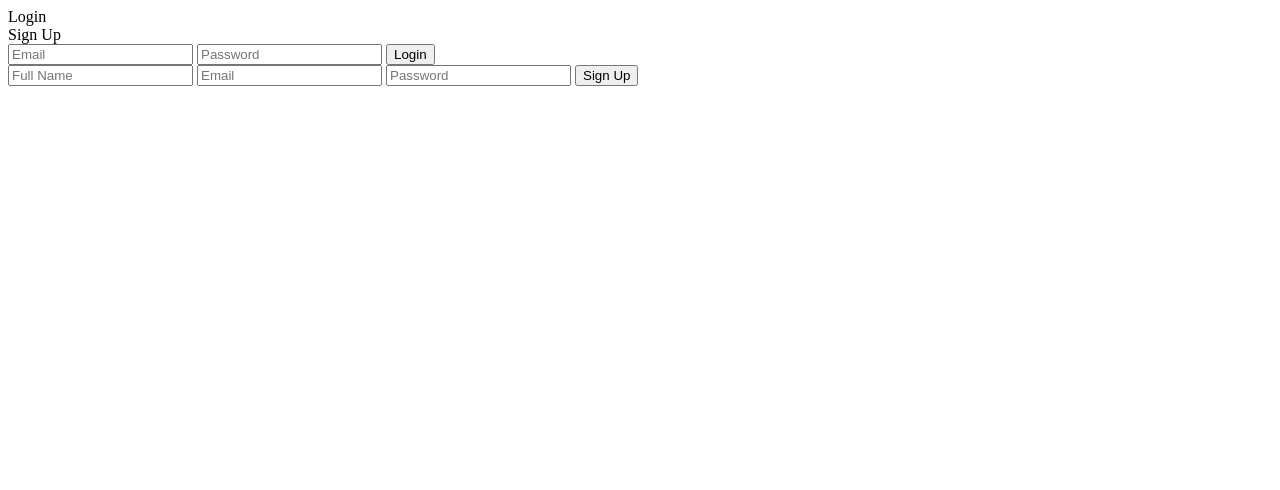
Repository: jahnavi320/Eatinery_ADT
Page: http://localhost/
The author's editor kept a copy of each file at every save. The page is drawn from the files as they stood at one save, then again after the next save.
The browser window is 1280 px wide. The pictures show the whole page.
The page is served by the project's application, run on Flask 3 (app.py).

Above is the page before, as saved 2023-12-04 09:57:38.

After the next save:
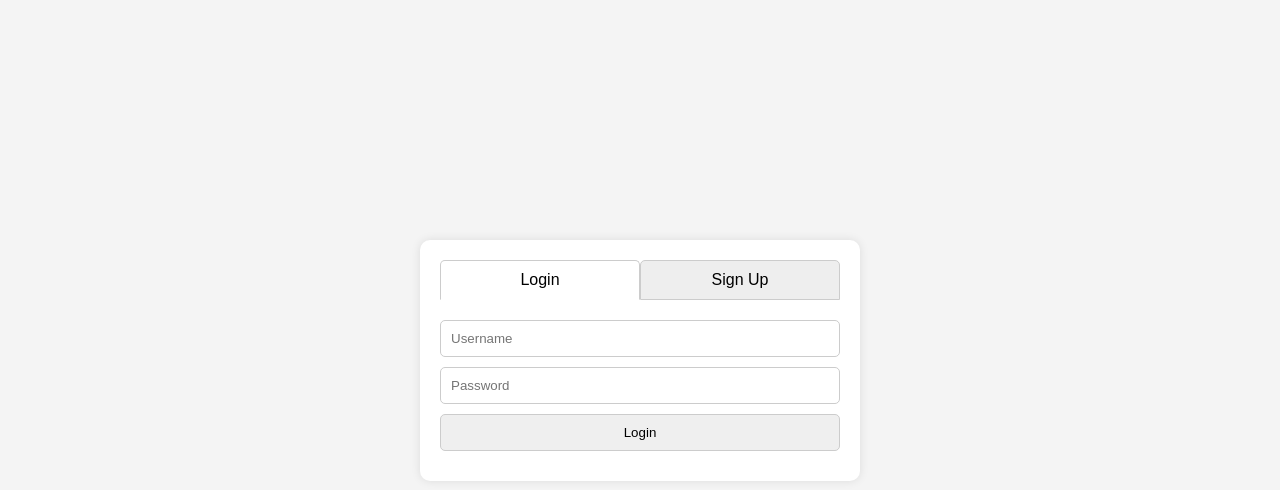
Saved 5 min 10 s later.
--- a/templates/login.html
+++ b/templates/login.html
@@ -1,12 +1,76 @@
-<!-- login.html -->
-
 <!DOCTYPE html>
 <html lang="en">
 <head>
     <meta charset="UTF-8">
     <meta name="viewport" content="width=device-width, initial-scale=1.0">
     <title>Login and Signup</title>
-    <!-- Add your CSS styles here -->
+    <style>
+        body {
+            font-family: Arial, sans-serif;
+            background-color: #f4f4f4;
+            margin: 0;
+            padding: 0;
+            display: flex;
+            justify-content: center;
+            align-items: center;
+            height: 100vh;
+        }
+
+        .container {
+            width: 400px;
+            background-color: #fff;
+            padding: 20px;
+            border-radius: 10px;
+            box-shadow: 0 0 10px rgba(0, 0, 0, 0.1);
+        }
+
+        .tabs {
+            display: flex;
+            justify-content: space-between;
+            margin-bottom: 20px;
+        }
+
+        .tab {
+            flex: 1;
+            text-align: center;
+            padding: 10px;
+            cursor: pointer;
+            background-color: #eee;
+            border: 1px solid #ccc;
+            border-radius: 5px 5px 0 0;
+        }
+
+        .tab:hover {
+            background-color: #ddd;
+        }
+
+        .tab-content {
+            display: none;
+        }
+
+        input[type="text"],
+        input[type="password"],
+        input[type="email"],
+        input[type="submit"] {
+            width: 100%;
+            padding: 10px;
+            margin-bottom: 10px;
+            border: 1px solid #ccc;
+            border-radius: 5px;
+            box-sizing: border-box;
+        }
+
+        .active-tab {
+            background-color: #fff;
+            border-bottom: 1px solid #fff;
+            position: relative;
+            z-index: 1;
+        }
+
+        .active-tab-content {
+            display: block;
+        }
+    </style>
 </head>
 <body>
 
@@ -16,23 +80,24 @@
         <div class="tab" onclick="showTab('signup-tab')">Sign Up</div>
     </div>
 
-    <div id="login-tab" class="tab-content active-tab-content">
-        <form action="{{ url_for('login') }}" method="post">
-            <input type="email" name="email" placeholder="Email" required>
-            <input type="password" name="password" placeholder="Password" required>
-            <input type="submit" value="Login">
-        </form>
-    </div>
+<!-- Update the form actions -->
+<div id="login-tab" class="tab-content active-tab-content">
+    <form action="{{ url_for('login') }}" method="post">
+        <input type="text" name="username" placeholder="Username" required>
+        <input type="password" name="password" placeholder="Password" required>
+        <input type="submit" value="Login">
+    </form>
+</div>
 
-    <div id="signup-tab" class="tab-content">
-        <form action="{{ url_for('signup') }}" method="post">
-            <input type="text" name="fullname" placeholder="Full Name" required>
-            <input type="email" name="email" placeholder="Email" required>
-            <input type="password" name="password" placeholder="Password" required>
-            <input type="submit" value="Sign Up">
-        </form>
-    </div>
+<div id="signup-tab" class="tab-content">
+    <form action="{{ url_for('signup') }}" method="post">
+        <input type="text" name="fullname" placeholder="Full Name" required>
+        <input type="email" name="email" placeholder="Email" required>
+        <input type="password" name="password" placeholder="Password" required>
+        <input type="submit" value="Sign Up">
+    </form>
 </div>
+
 
 <script>
     function showTab(tabId) {
